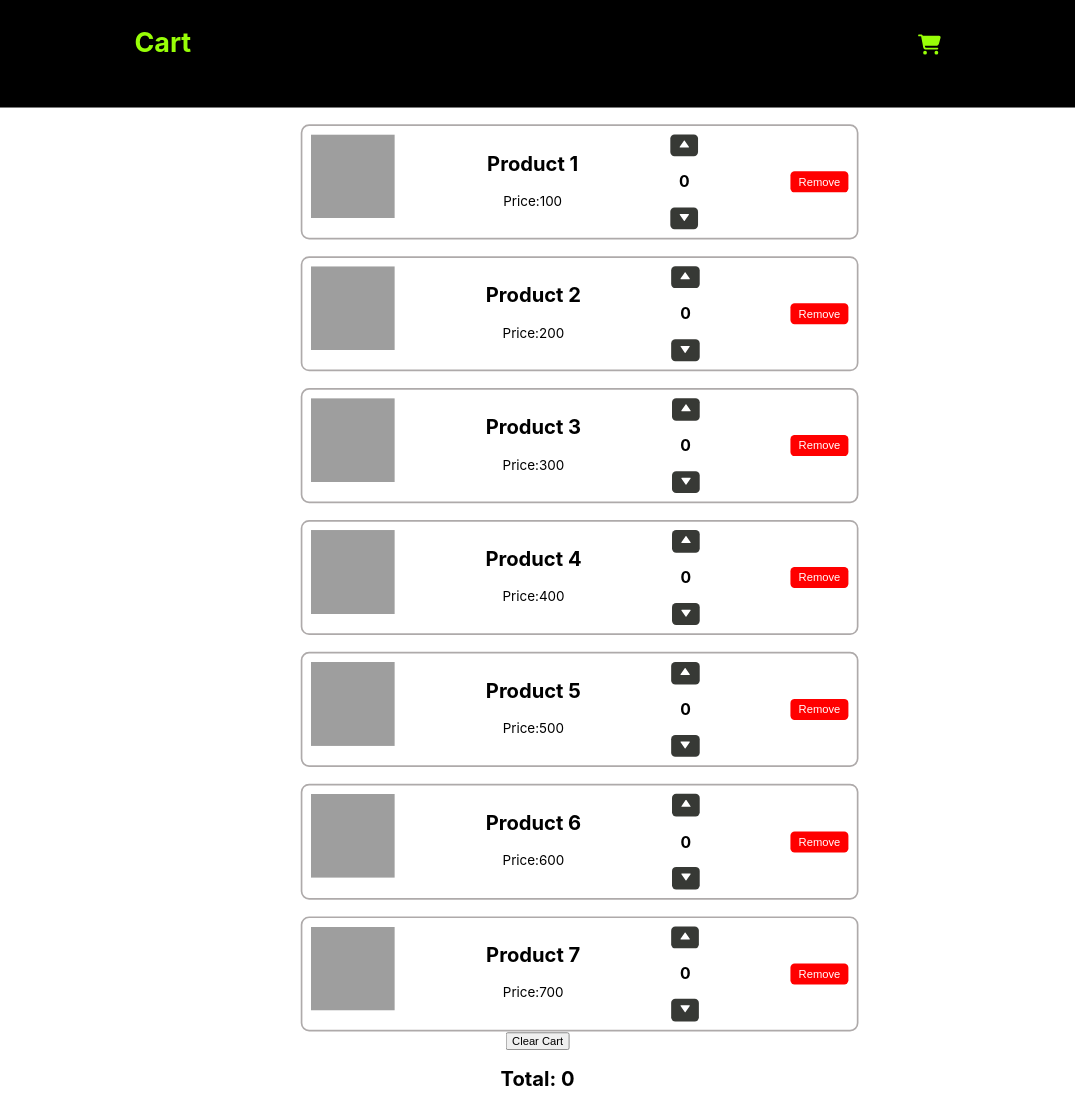
Repository: sriram1224/Cart-react-app
Page: /
An editor plug-in stored every save of this project. The page is shown before and after the next save, followed by the edit.
The browser window is 1280 px wide. The pictures show the whole page, at 84% of full size.
Pictures or frames that could not be fetched are drawn as grey boxes. The project was rebuilt for these pictures with package versions that can differ from the ones it lists, and the page was loaded fresh each time.

Above is the page before, as saved 2024-03-12 22:14:00.

After the next save:
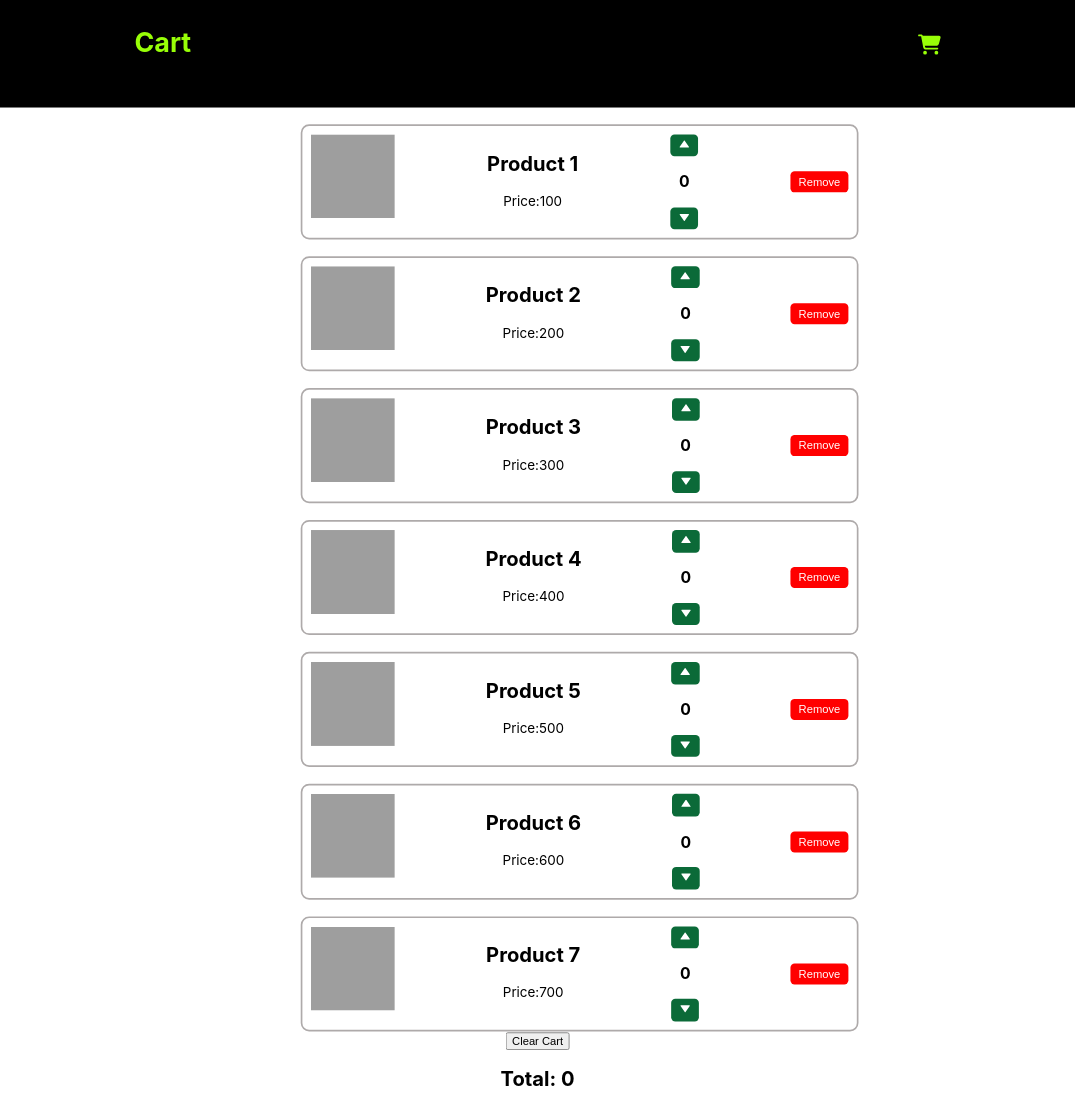
Saved 10 s later.
--- a/src/Components/cart.css
+++ b/src/Components/cart.css
@@ -31,7 +31,7 @@
 }
 
 .button-quantity button{
-    background-color: rgb(55, 57, 53);
+    background-color: rgb(11, 106, 56);
     color: white;
     border: none;
     padding: 5px 10px;
